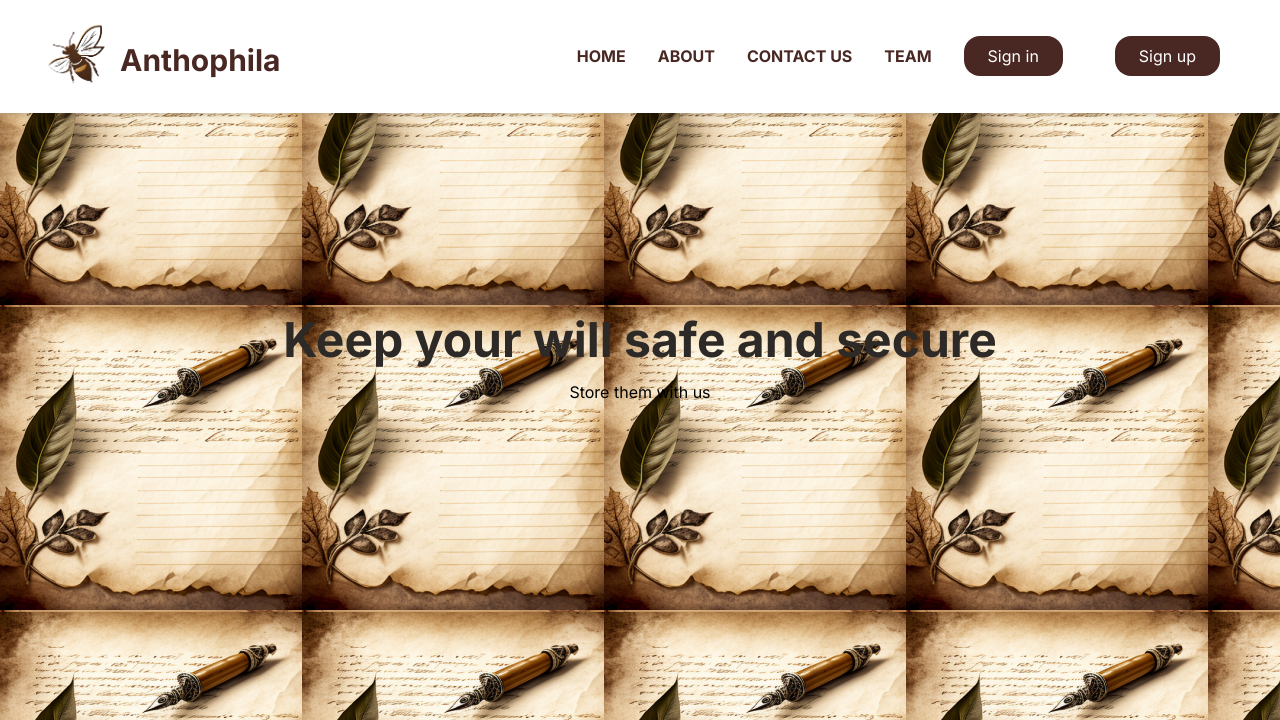
Repository: marcusdashe/anthophila
Page: /
An editor plug-in stored every save of this project. The page is shown before and after the next save, followed by the edit.
The browser window is 1280 px wide. The pictures show the whole page.
The project was rebuilt for these pictures with package versions that can differ from the ones it lists, and the page was loaded fresh each time. The framework's server and built-in components were replaced by stand-ins that run in the browser. Also part of the build but not shown: next.config.js, styles/Home.module.css.

Above is the page before, as saved 2023-02-26 17:19:56.

After the next save:
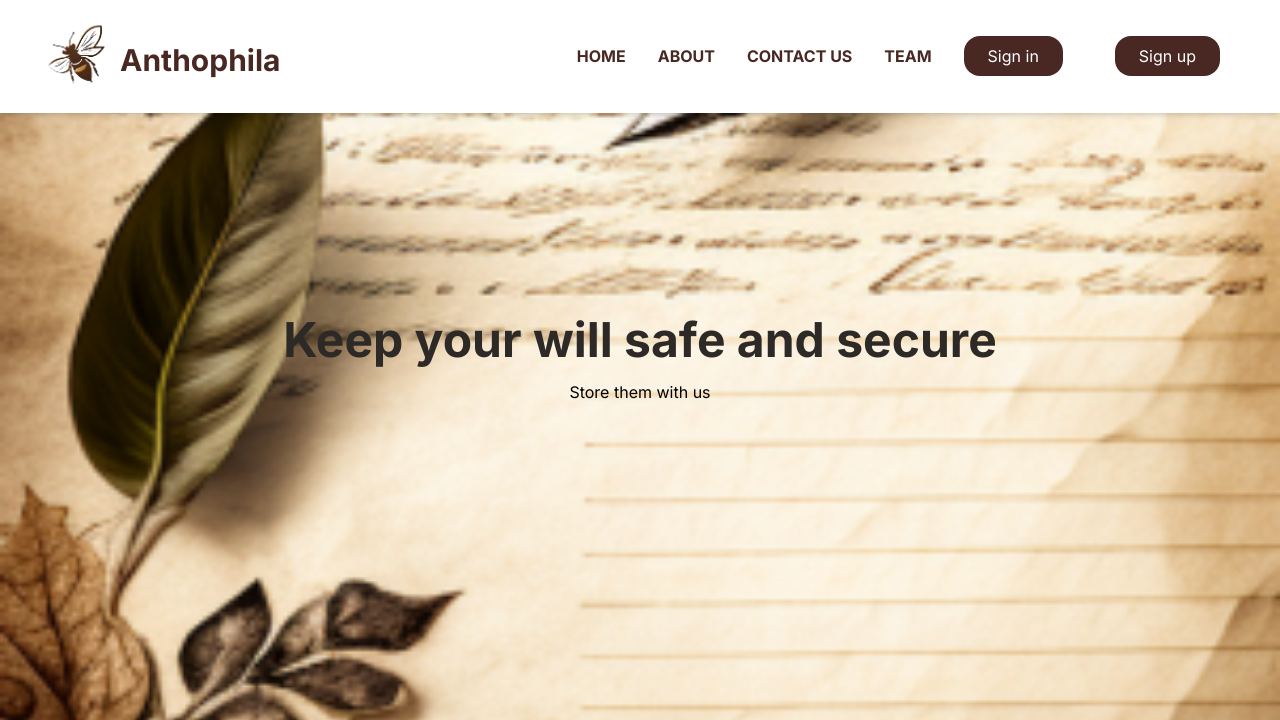
Saved 52 s later.
--- a/pages/index.js
+++ b/pages/index.js
@@ -18,7 +18,7 @@
       </Head>
       <Nav />
 
-      <main className="bg-[#D4B9A4] w-full h-screen bg-auto" style={{backgroundImage: "url('/assets/bg-vintage.png')"}}>
+      <main className="bg-[#D4B9A4] w-full h-screen bg-cover bg-center" style={{backgroundImage: "url('/assets/bg-vintage.png')"}}>
       <Hero />
 
       </main>
